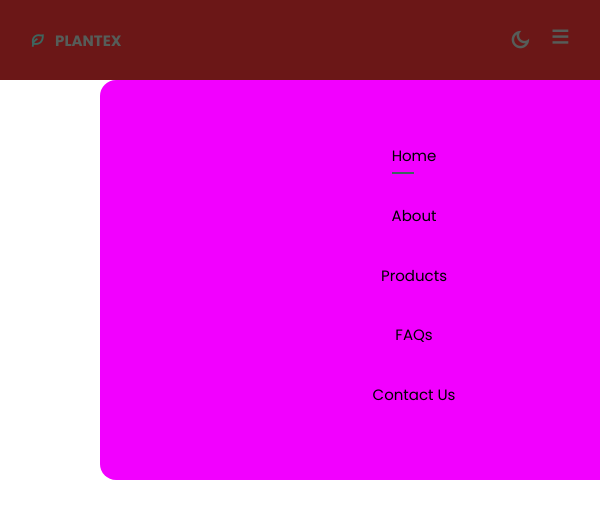
Repository: OmniaRafat232111121/plantwebsite
Page: index.html
The author's editor kept a copy of each file at every save. The page is drawn from the files as they stood at one save, then again after a run of saves.
The browser window is 600 px wide. The pictures show the whole page.
After loading, the first visible `#navToggle` was clicked once.

Above is the page before, as saved 2023-01-04 15:58:58.

After the next 2 saves:
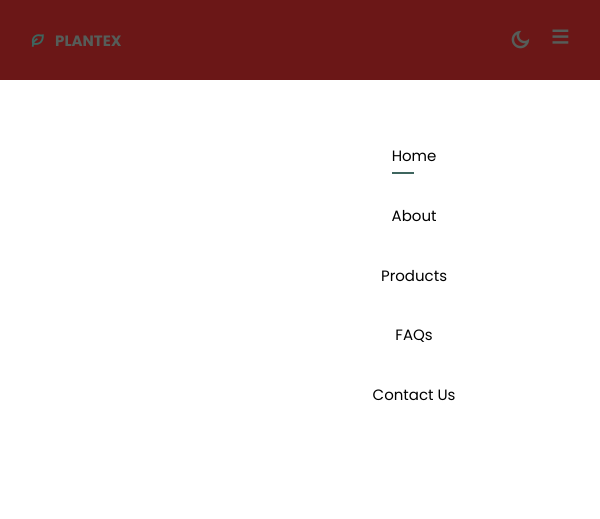
The 2 saves are shown as one change because they came seconds apart.
The last was saved 24 s later.
--- a/assets/css/styles.css
+++ b/assets/css/styles.css
@@ -226,7 +226,7 @@ display: none;
   .show-menu{
 
      position: fixed;
-    background-color:rgb(242, 0, 255) ;
+    background-color:#fff;
     width: 90%;
     height: 50%;
     top: 80px;
